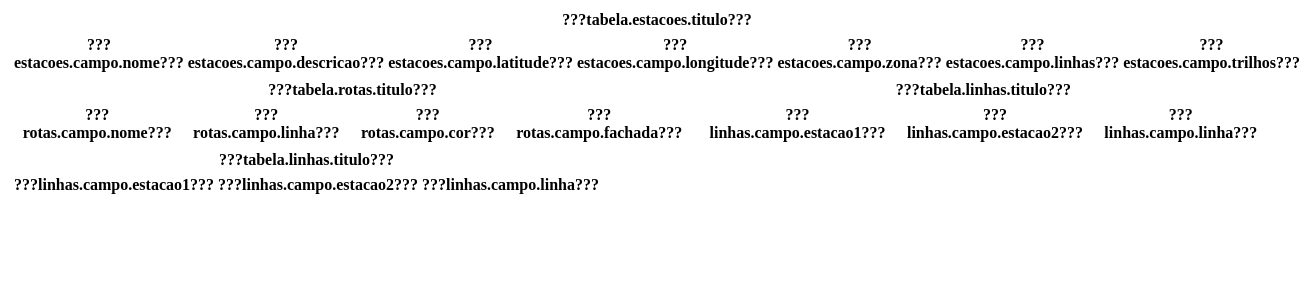
Repository: jonathansds/GIT_Metro-Londres
Page: http://localhost/Metro-Londres/WEB-INF/jsp/dados/arquivos.jsp
The author's editor kept a copy of each file at every save. The page is drawn from the files as they stood at one save, then again after the next save.
The browser window is 1280 px wide. The page is 1306 px wide, so the pictures cover 1306 px, including what lies to the right of the window. The pictures show the whole page.
The page is served by Tomcat 9. Nobody is signed in. Other server files are loaded and not shown. The template is opened directly, without the code that normally fills it, so the values that code supplies are empty.

Above is the page before, as saved 2014-05-13 01:05:29.

### Workspace_Metro-Londres/Metro-Londres/WebContent/WEB-INF/jsp/dados/arquivos.jsp
<?xml version="1.0" encoding="ISO-8859-1" ?>
<%@ page language="java" contentType="text/html; charset=ISO-8859-1" pageEncoding="ISO-8859-1"%>
<%@taglib uri="http://java.sun.com/jsp/jstl/core" prefix="c"%>
<%@taglib uri="http://java.sun.com/jsp/jstl/fmt" prefix="fmt"%>

<!DOCTYPE html PUBLIC "-//W3C//DTD XHTML 1.0 Transitional//EN" "http://www.w3.org/TR/xhtml1/DTD/xhtml1-transitional.dtd">
<html xmlns="http://www.w3.org/1999/xhtml"
	xmlns:p="http://primefaces.org/ui">

<body>

	<table>
		  <thead>
		    <tr>
		    	<th><fmt:message key='tabela.estacoes.titulo' /></th>
		    </tr>
		  </thead>
		  <tbody>
		  	<tr>
		        <td>
	        	<table>
				  <thead>
				    <tr>
				      <th><fmt:message key='estacoes.campo.nome' /></th>
				      <th><fmt:message key='estacoes.campo.descricao' /></th>
				      <th><fmt:message key='estacoes.campo.latitude' /></th>
				      <th><fmt:message key='estacoes.campo.longitude' /></th>
				      <th><fmt:message key='estacoes.campo.zona' /></th>
				      <th><fmt:message key='estacoes.campo.linhas' /></th>
				      <th><fmt:message key='estacoes.campo.trilhos' /></th>
				    </tr>
				  </thead>
				  <tbody>
				    <c:forEach items="${registrosModel.estacoes}" var="estacao">
				      <tr>
				        <td>${estacao.name}</td>
				        <td>${estacao.display_name}</td>
				        <td>${estacao.latitude}</td>
				        <td>${estacao.longitude}</td>
				        <td>${estacao.zone}</td>
				        <td>${estacao.total_lines}</td>
				        <td>${estacao.rail}</td>
				      </tr>
				    </c:forEach>
				  </tbody>
				</table>
		        </td>
		    </tr>
		  </tbody>
	</table>



	<table>
		  <thead>
		    <tr>
		    	<th><fmt:message key='tabela.rotas.titulo' /></th>
		    	<th><fmt:message key='tabela.linhas.titulo' /></th>
		    </tr>
		  </thead>
		  <tbody>
		  	<tr>
		        <td>
		        <table>
				  <thead>
				    <tr>
				      <th><fmt:message key='rotas.campo.nome' /></th>
				      <th><fmt:message key='rotas.campo.linha' /></th>
				      <th><fmt:message key='rotas.campo.cor' /></th>
				      <th><fmt:message key='rotas.campo.fachada' /></th>
				    </tr>
				  </thead>
				  <tbody>
				    <c:forEach items="${registrosModel.rotas}" var="rota">
				      <tr>
				        <td>${rota.name}</td>
				        <td>${rota.line}</td>
				        <td>${rota.colour}</td>
				        <td>${rota.stripe}</td>
				      </tr>
				    </c:forEach>
				  </tbody>
				</table>
		        </td>
		        <td>
				<table>
				  <thead>
				    <tr>
				      <th><fmt:message key='linhas.campo.estacao1' /></th>
				      <th><fmt:message key='linhas.campo.estacao2' /></th>
				      <th><fmt:message key='linhas.campo.linha' /></th>
				    </tr>
				  </thead>
				  <tbody>
				    <c:forEach items="${registrosModel.linhas}" var="linha">
				      <tr>
				        <td>${linha.line}</td>
				        <td>${linha.station1}</td>
				        <td>${linha.station2}</td>
				      </tr>
				    </c:forEach>
				  </tbody>
				</table>
		        </td>
		    </tr>
		  </tbody>
		  </table>



		  <table>
		  <thead>
		    <tr>
		    	<th><fmt:message key='tabela.linhas.titulo' /></th>
		    </tr>
		  </thead>
		  <tbody>
		  	<tr>
		        <td>
				<table>
				  <thead>
				    <tr>
				      <th><fmt:message key='linhas.campo.estacao1' /></th>
				      <th><fmt:message key='linhas.campo.estacao2' /></th>
				      <th><fmt:message key='linhas.campo.linha' /></th>
				    </tr>
				  </thead>
				  <tbody>
				    <c:forEach items="${registrosModel.linhas}" var="linha">
				      <tr>
				        <td>${linha.line}</td>
				        <td>${linha.station1}</td>
				        <td>${linha.station2}</td>
				      </tr>
				    </c:forEach>
				  </tbody>
				</table>
		        </td>
		    </tr>
		  </tbody>
		</table>
	</body>
</html>

After the next save:
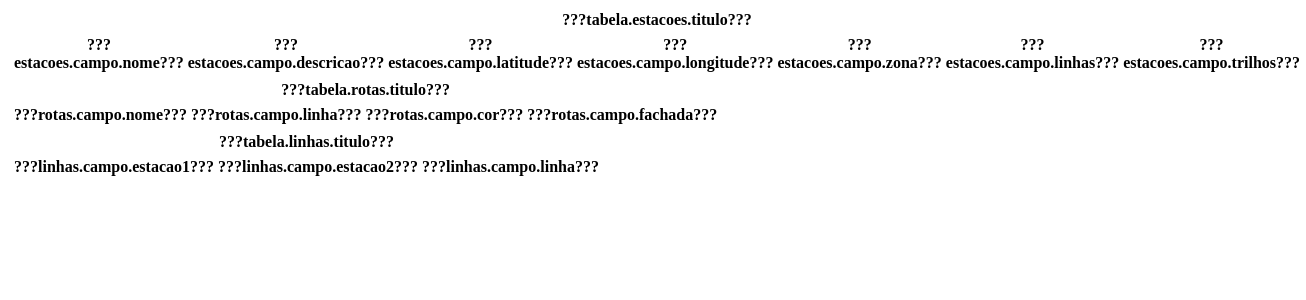
Saved 21 s later.
--- a/Workspace_Metro-Londres/Metro-Londres/WebContent/WEB-INF/jsp/dados/arquivos.jsp
+++ b/Workspace_Metro-Londres/Metro-Londres/WebContent/WEB-INF/jsp/dados/arquivos.jsp
@@ -55,7 +55,6 @@
 		  <thead>
 		    <tr>
 		    	<th><fmt:message key='tabela.rotas.titulo' /></th>
-		    	<th><fmt:message key='tabela.linhas.titulo' /></th>
 		    </tr>
 		  </thead>
 		  <tbody>
@@ -77,26 +76,6 @@
 				        <td>${rota.line}</td>
 				        <td>${rota.colour}</td>
 				        <td>${rota.stripe}</td>
-				      </tr>
-				    </c:forEach>
-				  </tbody>
-				</table>
-		        </td>
-		        <td>
-				<table>
-				  <thead>
-				    <tr>
-				      <th><fmt:message key='linhas.campo.estacao1' /></th>
-				      <th><fmt:message key='linhas.campo.estacao2' /></th>
-				      <th><fmt:message key='linhas.campo.linha' /></th>
-				    </tr>
-				  </thead>
-				  <tbody>
-				    <c:forEach items="${registrosModel.linhas}" var="linha">
-				      <tr>
-				        <td>${linha.line}</td>
-				        <td>${linha.station1}</td>
-				        <td>${linha.station2}</td>
 				      </tr>
 				    </c:forEach>
 				  </tbody>
